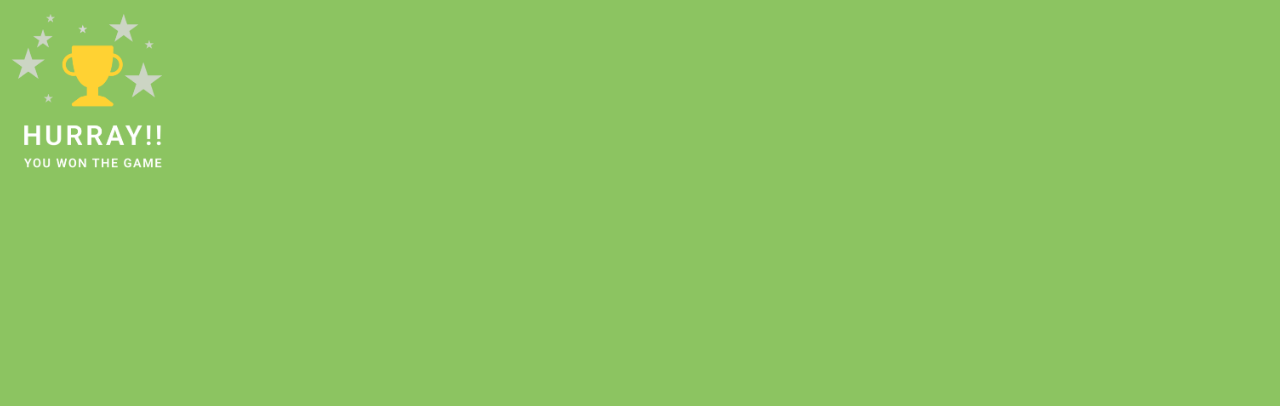
Repository: drumsmanku/Major-module-project-1
Page: hurray.html
The author's editor kept a copy of each file at every save. The page is drawn from the files as they stood at one save, then again after the next save.
The browser window is 1280 px wide. The pictures show the whole page.

Above is the page before, as saved 2023-04-30 23:51:42.

### hurray.html
<!DOCTYPE html>
<html lang="en">
<head>
  <meta charset="UTF-8">
  <meta http-equiv="X-UA-Compatible" content="IE=edge">
  <meta name="viewport" content="width=device-width, initial-scale=1.0">
  <title>Won</title>
  <style>
    body{
      background-color: #8CC461;
    }
    .container img{
      width: 10rem;
    }
  </style>
</head>
<body>
  <div class="container">
    <img src="hurray.png" alt="">
  </div>
</body>
</html>

After the next save:
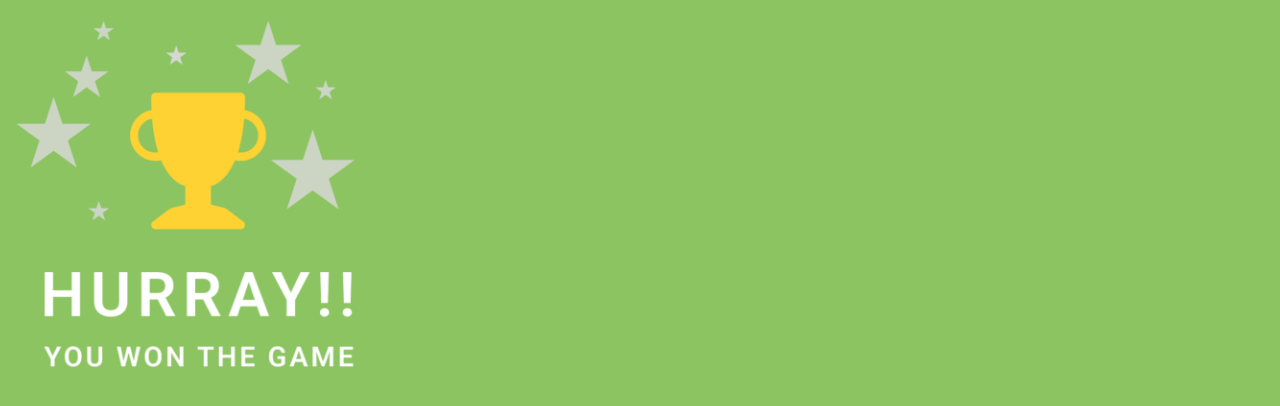
Saved 12 s later.
--- a/hurray.html
+++ b/hurray.html
@@ -10,7 +10,7 @@
       background-color: #8CC461;
     }
     .container img{
-      width: 10rem;
+      width: 50vh;
     }
   </style>
 </head>
